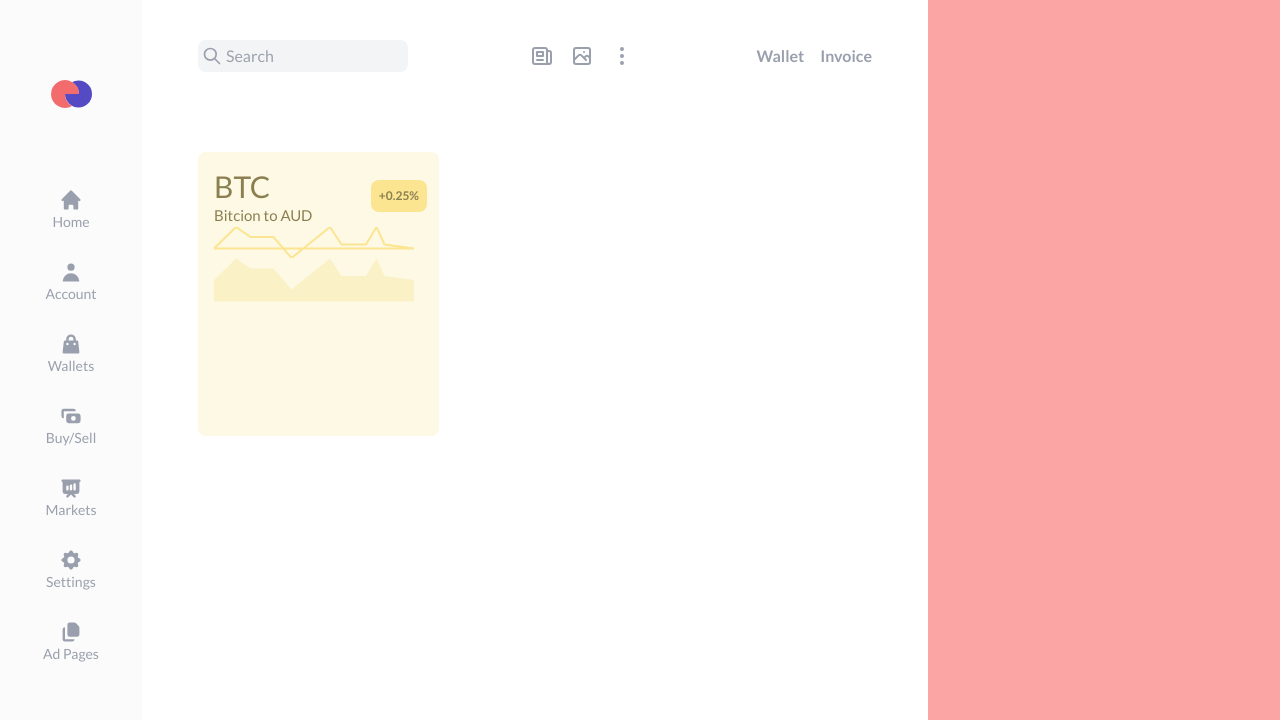
Repository: almaqdad55/crypto-app-nextjs
Page: /
These files come from the project's save history. The page is drawn as it stood at one moment and after the next save; the edit follows.
The browser window is 1280 px wide. The pictures show the whole page.
The project was rebuilt for these pictures with package versions that can differ from the ones it lists, and the page was loaded fresh each time. The framework's server and built-in components were replaced by stand-ins that run in the browser.

Above is the page before, as saved 2022-01-04 20:50:48.

### pages/index.js
import Head from 'next/head';
import Sidebar from '../components/Sidebar';
import Feed from '../components/Feed';
import Widget from '../components/Widget';

export default function Home() {
  return (
    <div className="">
      <Head>
        <title>Crypto Trade</title>
        <link rel="icon" href="/logo.svg" />
      </Head>

      <main className="flex">
        <Sidebar />
        <Feed />
        <Widget />
      </main>
    </div>
  );
}

### styles/globals.css
@import url('https://fonts.googleapis.com/css2?family=Lato:wght@300;400;700&display=swap');

@tailwind base;
@tailwind components;
@tailwind utilities;

@layer base {
  body {
    @apply bg-white font-Lato;
  }
}

@layer components {
  .icon-group {
    @apply flex flex-col  items-center text-sm cursor-pointer text-[#9A9FAD] hover:text-[#544AC3] transition duration-200;
  }
}

### components/Sidebar.jsx
import {
  HomeIcon,
  UserIcon,
  CashIcon,
  ShoppingBagIcon,
  PresentationChartBarIcon,
  CogIcon,
  DocumentDuplicateIcon,
} from '@heroicons/react/solid';

const Sidebar = () => {
  return (
    <div className="flex flex-col items-center  h-screen w-[142px]  bg-[#fbfbfb] ">
      <div className="mt-20">
        <img src="/logo.svg" alt="" />
      </div>
      <div className="mb-40 mt-20 flex flex-col space-y-7">
        <div className="icon-group group">
          <HomeIcon className="h-6 " />
          <span className="">Home</span>
        </div>
        <div className="icon-group group">
          <UserIcon className="h-6 " />
          <span className="">Account</span>
        </div>
        <div className="icon-group group">
          <ShoppingBagIcon className="h-6 " />
          <span className="">Wallets</span>
        </div>
        <div className="icon-group group ">
          <CashIcon className="h-6 " />
          <span className="">Buy/Sell</span>
        </div>
        <div className="icon-group group">
          <PresentationChartBarIcon className="h-6 " />
          <span className="">Markets</span>
        </div>
        <div className="icon-group group">
          <CogIcon className="h-6 " />
          <span className="">Settings</span>
        </div>
        <div className="icon-group group">
          <DocumentDuplicateIcon className="h-6 " />
          <span className="">Ad Pages</span>
        </div>
      </div>
    </div>
  );
};

export default Sidebar;

### components/Feed.jsx
import {
  DotsVerticalIcon,
  PhotographIcon,
  NewspaperIcon,
  SearchIcon,
} from '@heroicons/react/outline';

import Card from './Card';

// import { SearchIcon } from '@heroicons/react/solid';
const Feed = () => {
  return (
    <div className=" flex-grow  bg-white px-14 py-10 space-y-20">
      {/* Top Menu */}
      <div className="flex items-center  justify-between ">
        <div className="flex items-center bg-[#F2F4F5] rounded-lg p-1 space-x-1">
          <SearchIcon className="h-5 text-[#9A9FAD]" />
          <input
            type="text"
            placeholder={`Search`}
            className="outline-none bg-[#F2F4F5]"
          />
        </div>
        <div className="flex space-x-4 text-[#9A9FAD] ">
          <NewspaperIcon className="h-6 " />
          <PhotographIcon className="h-6 " />
          <DotsVerticalIcon className="h-6 " />
        </div>
        <div className="flex text-[16px] font-bold space-x-4 text-[#9A9FAD]  ">
          <p className="">Wallet</p>
          <p className="">Invoice</p>
        </div>
      </div>

      {/* Cards Display */}
      <div>
        <Card />
      </div>
    </div>
  );
};

export default Feed;

### components/Widget.jsx
const Widget = () => {
  return <div className="bg-red-300 min-w-[352px]"></div>;
};

export default Widget;

### components/Card.jsx
const Card = () => {
  return (
    <div className=" relative w-[241px] h-[284px] bg-[#FDF9E5] rounded-lg relative text-[#8B7F50] p-4">
      <div className="absolute bg-[#FBE591] text-[#8B7F50] text-xs rounded-lg p-2 font-bold top-7 right-3">
        +0.25%
      </div>
      <h1 className="text-3xl ">BTC</h1>
      <p className="text-[15px]">Bitcion to AUD</p>
      <img src="/btc-chart.svg" alt="" />
      <img src="/bg-btc.svg" alt="" />
    </div>
  );
};

export default Card;

### tailwind.config.js
module.exports = {
  content: [
    './pages/**/*.{js,ts,jsx,tsx}',
    './components/**/*.{js,ts,jsx,tsx}',
  ],
  theme: {
    extend: {
      fontFamily: {
        Lato: ['Lato', 'sans-serif'],
      },
    },
  },
  plugins: [],
};

Loaded but not shown: pages/_app.js (common file)

After the next save:
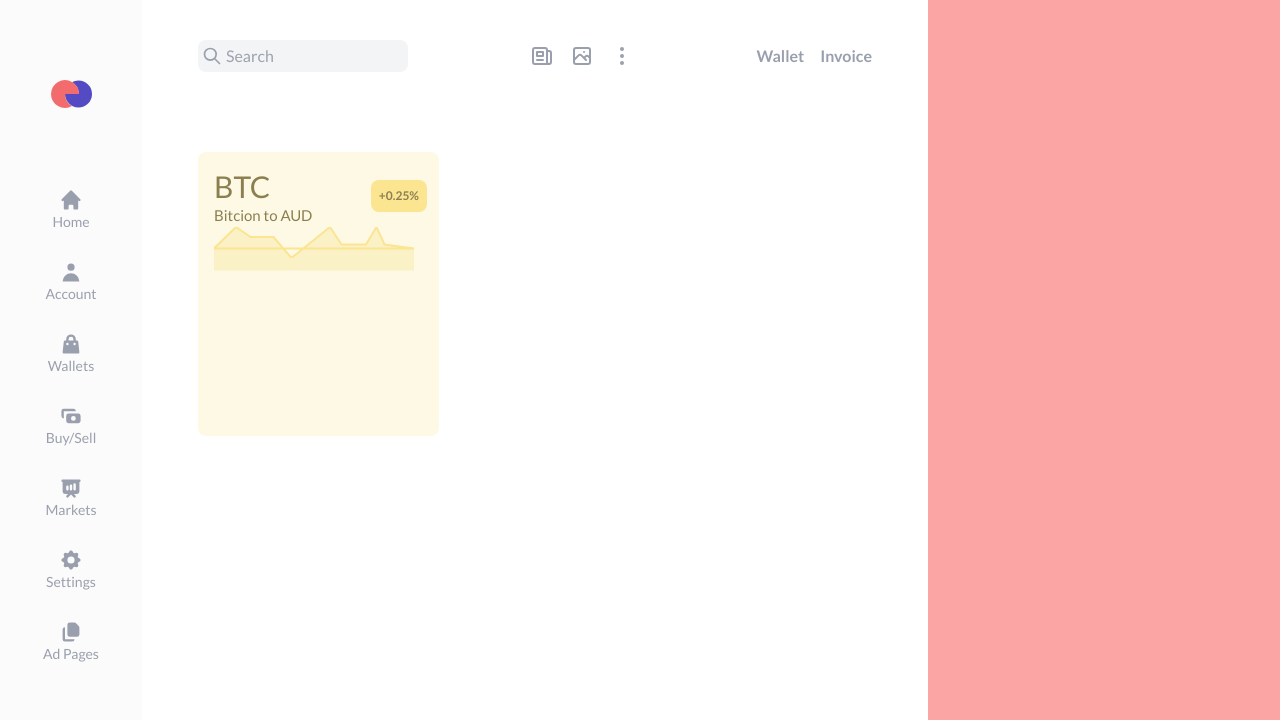
Saved 18 s later.
--- a/components/Card.jsx
+++ b/components/Card.jsx
@@ -1,12 +1,12 @@
 const Card = () => {
   return (
-    <div className=" relative w-[241px] h-[284px] bg-[#FDF9E5] rounded-lg relative text-[#8B7F50] p-4">
+    <div className="  w-[241px] h-[284px] bg-[#FDF9E5] rounded-lg relative text-[#8B7F50] p-4">
       <div className="absolute bg-[#FBE591] text-[#8B7F50] text-xs rounded-lg p-2 font-bold top-7 right-3">
         +0.25%
       </div>
       <h1 className="text-3xl ">BTC</h1>
       <p className="text-[15px]">Bitcion to AUD</p>
-      <img src="/btc-chart.svg" alt="" />
+      <img src="/btc-chart.svg" alt="" className="absolute" />
       <img src="/bg-btc.svg" alt="" />
     </div>
   );
